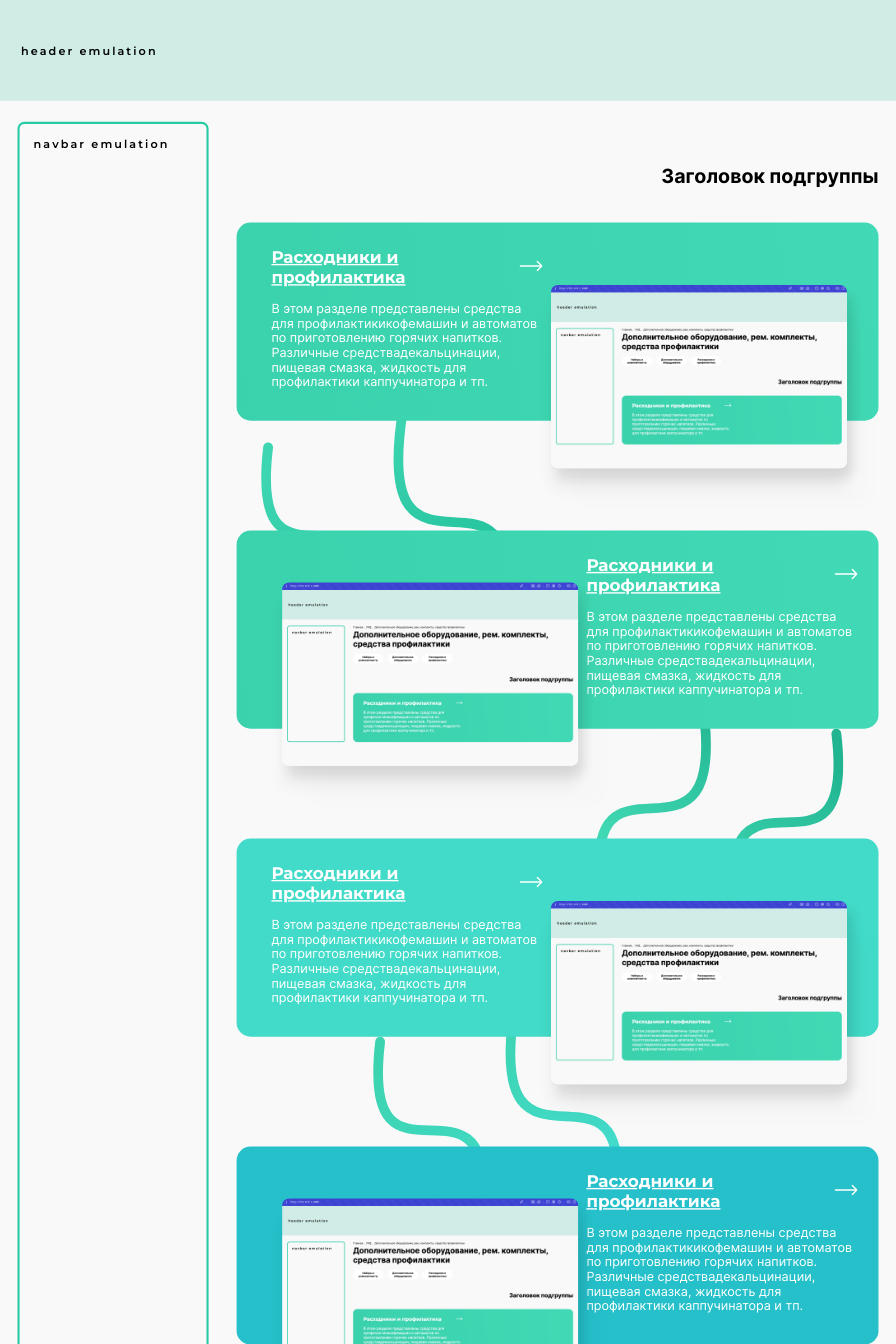
Repository: axonde/venpart-faq-pages
Page: index.html
An editor plug-in stored every save of this project. The page is shown before and after the next save, followed by the edit.
The browser window is 1280 px wide. The pictures show the part of the page from y = 0 to 1920 px (the page is 2635 px tall), at 70% of full size.

Above is the page before, as saved 2024-02-28 20:08:11.

After the next save:
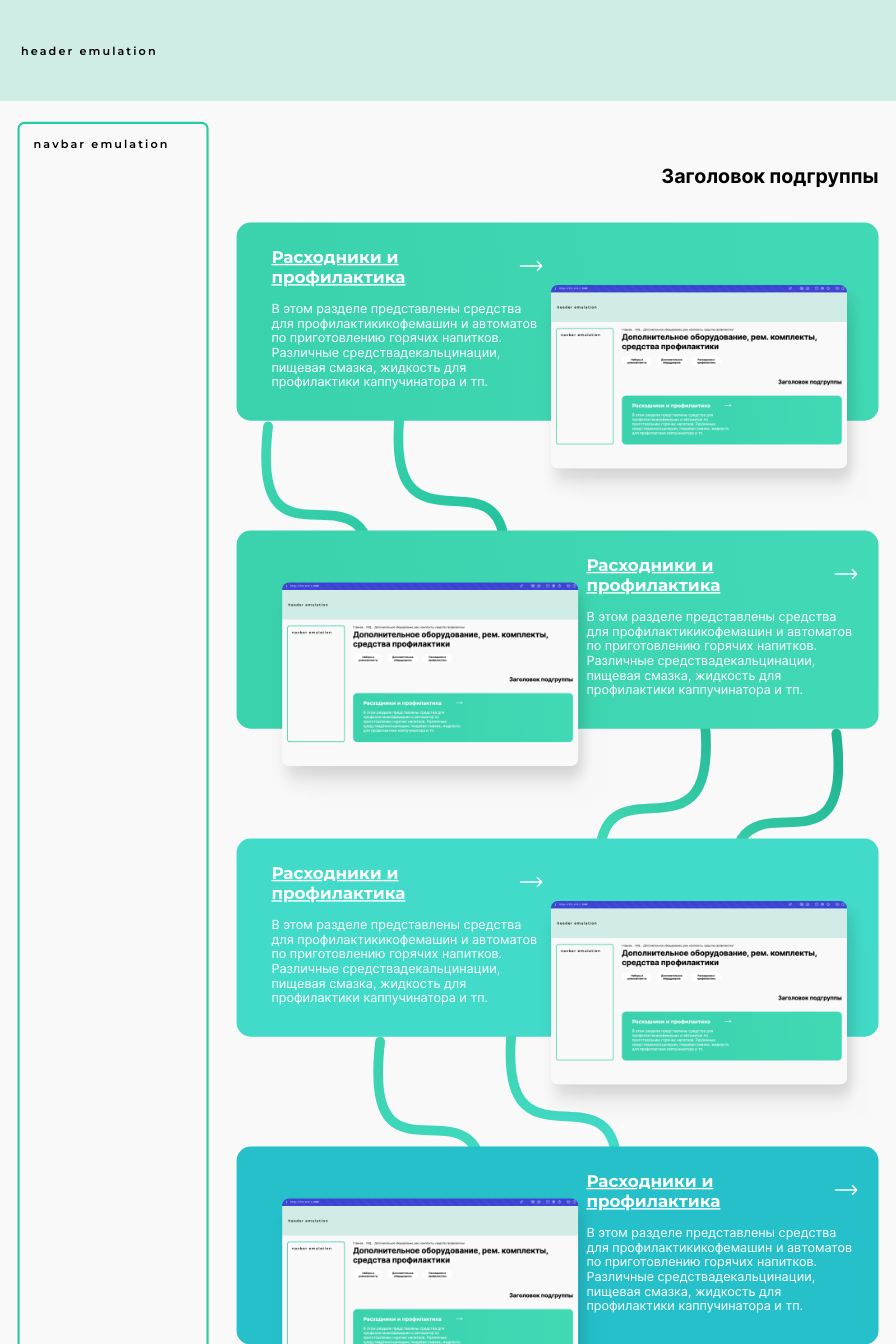
Saved 4 s later.
--- a/style.css
+++ b/style.css
@@ -569,7 +569,7 @@ scrollbar-width: none; /* Firefox */}
 	width: 356px;
 	height: 286px;
 	position: absolute;
-	bottom: -260px;
+	bottom: -230px;
 	left: 35px;
 	z-index: -1;}
 .faq__item:nth-child(2n)::after {
